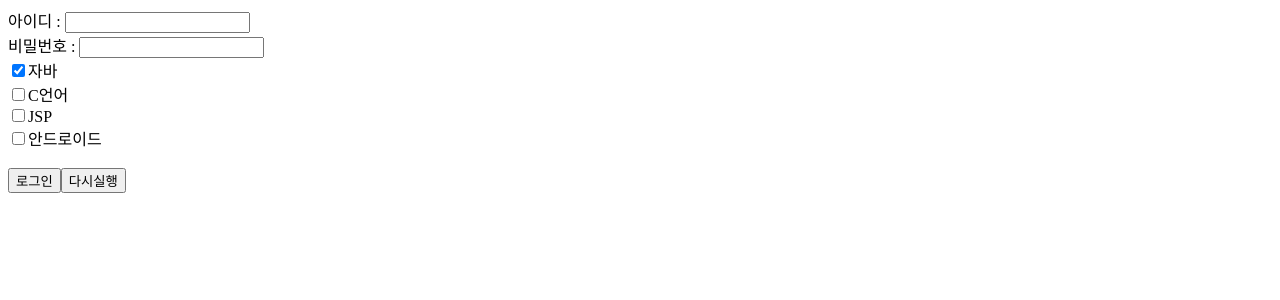
Repository: ineble/demo1
Page: pro05/src/main/webapp/login2.html
These files come from the project's save history. The page is drawn as it stood at one moment and after the next save; the edit follows.
The browser window is 1280 px wide. The pictures show the whole page.

Above is the page before, as saved 2022-08-03 15:34:31.

After the next save:
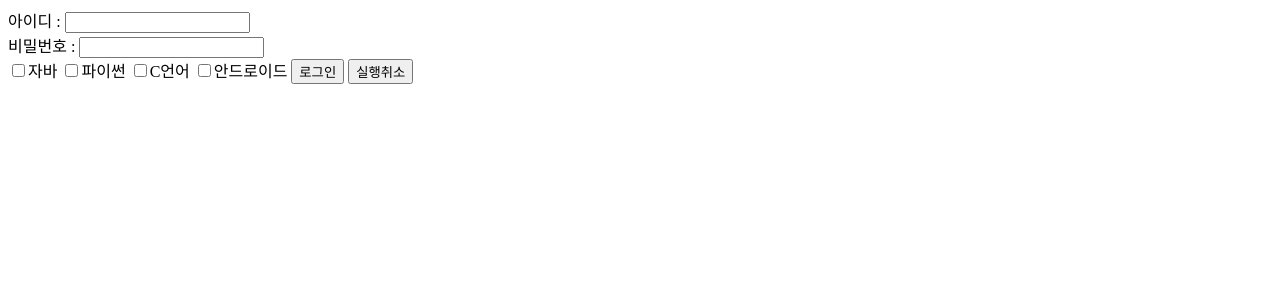
Saved 3 min 27 s later.
--- a/pro05/src/main/webapp/login2.html
+++ b/pro05/src/main/webapp/login2.html
@@ -5,15 +5,14 @@
 <title>Insert title here</title>
 </head>
 <body>
-	<form action="input" method="get" name="frmInput">
-	아이디 : <input type="text" name="user_id"><br>
-	비밀번호 : <input type="password" name="user_pw"> <br>
-	<input type="checkbox" name="subject" value="java" checked>자바<br>
-	<input type="checkbox" name="subject" value="C언어">C언어<br>
-	<input type="checkbox" name="subject" value="JSP">JSP<br>
-	<input type="checkbox" name="subject" value="안드로이드">안드로이드<br><br>
-	<input type="submit" value="로그인"><input type="reset" value="다시실행">
-
+	<form action="input" method="get" name="frmLogin" >
+		아이디 : <input type="text" name="user_id" > <br>
+		비밀번호 : <input type="password" name="user_pw"> <br>
+		<input type="checkbox" name="subject" value="자바">자바
+		<input type="checkbox" name="subject" value="파이썬">파이썬
+		<input type="checkbox" name="subject" value="C언어">C언어
+		<input type="checkbox" name="subject" value="안드로이드">안드로이드
+		<input type="submit" value="로그인"> <input type="reset" value="실행취소">
 	</form>
 </body>
 </html>
